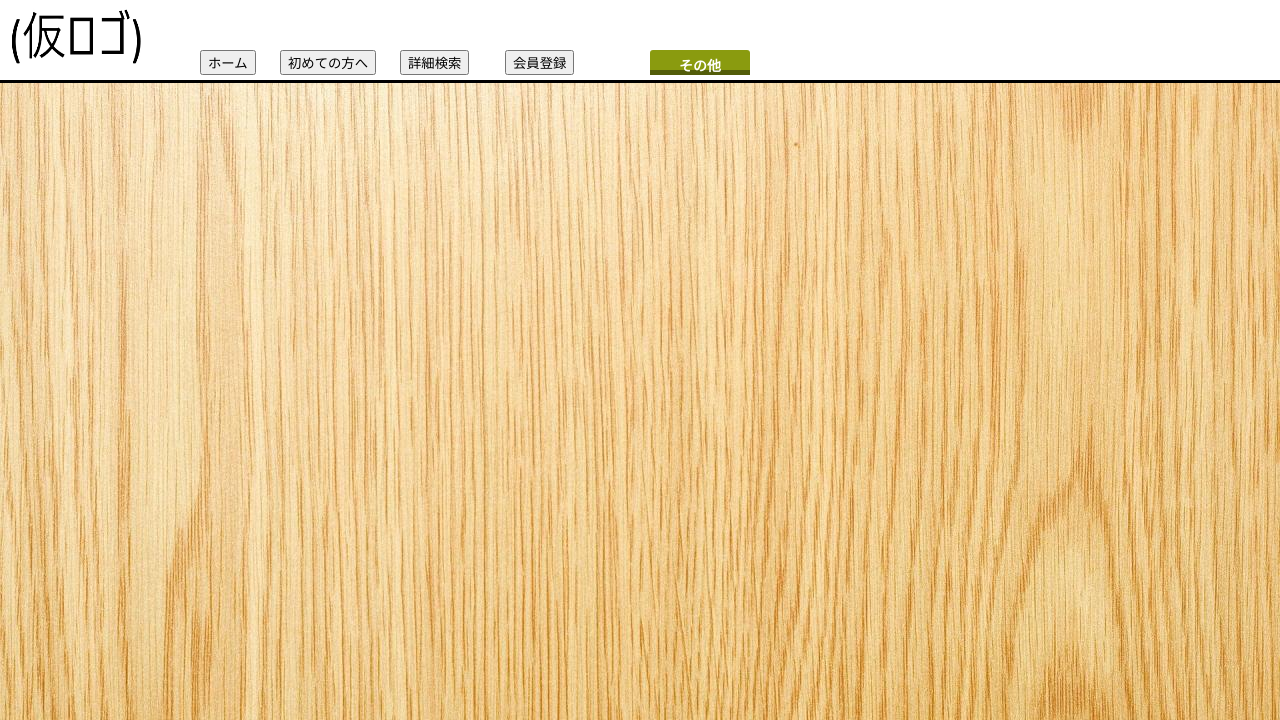
Repository: k0816/backup-master
Page: http://localhost/cycle/includeHeader.jsp
The author's editor kept a copy of each file at every save. The page is drawn from the files as they stood at one save, then again after the next save.
The browser window is 1280 px wide. The pictures show the whole page.
The page is served by Tomcat 9. Other server files are loaded and not shown.

Above is the page before, as saved 2018-01-18 05:41:15.

### cycle/WebContent/includeHeader.jsp
<%@ page language="java" contentType="text/html; charset=UTF-8"
	pageEncoding="UTF-8"%>
<%@ taglib prefix="s" uri="/struts-tags"%>
<!DOCTYPE html PUBLIC "-//W3C//DTD HTML 4.01 Transitional//EN" "http://www.w3.org/TR/html4/loose.dtd">
<html>
<head>
<meta http-equiv="Content-Type" content="text/html; charset=utf-8" />
<meta http-equiv="Content-Style-Type" content="text/css" />
<meta http-equiv="Content-Script-Type" content="text/javascript" />
<meta http-equiv="imagetoolbar" content="no" />
<meta name="description" content="" />
<meta name="keywords" content="" />
<title>ヘッダー記述</title>
<style type="text/css">
#header {
	width: 100%;
	height: 80px;
	background-color: white;
	border-bottom: 3px solid black;
	position: fixed;
}

#welcome {
	position: absolute;
	left: 200px;
	top: 20px;
}

.botan {
	position: absolute;
	top: 50px;
}

#home {
	position: absolute;
	left: 200px;
}

#new {
	position: absolute;
	left: 280px;
}

#search {
	position: absolute;
	left: 400px;
}

#createORmypage {
	position: absolute;
	left: 505px;
}

#other {
	position: absolute;
	left: 650px;
}

body {
	background: url("./image/wood.jpg");
	margin: 0;
	padding: 0;
}
/* ドロップダウンメニューについて */
#dropmenu {
	list-style-type: none;
	width: 100px;
	height: 20px;
	margin: 0px auto 0px;
	padding: 0;
	background: #8a9b0f;
	border-bottom: 5px solid #535d09;
	border-radius: 3px 3px 0 0;;
}

#dropmenu li {
	position: relative;
	width: 100%;
	float: left;
	margin: 0;
	padding: 0;
	text-align: center;
}

#dropmenu li a {
	display: block;
	margin: 0;
	padding: 10px;
	color: #fff;
	font-size: 14px;
	font-weight: bold;
	line-height: 1;
	text-decoration: none;
}

#dropmenu li:hover>a {
	background: #6e7c0c;
	color: #eff7b1;
}

#dropmenu>li:hover>a {
	border-radius: 3px 3px 0 0;
}

#dropmenu li ul {
	list-style: none;
	position: absolute;
	top: 100%;
	left: 0;
	margin: 0;
	padding: 0;
	border-radius: 0 0 3px 3px;
}

#dropmenu li ul li {
	overflow: hidden;
	width: 100%;
	height: 0;
	color: #fff;
	-moz-transition: .2s;
	-webkit-transition: .2s;
	-o-transition: .2s;
	-ms-transition: .2s;
	transition: .2s;
}

#dropmenu li ul li a {
	padding: 13px 13px;
	background: #6e7c0c;
	text-align: center;
	font-size: 12px;
	font-weight: normal;
}

#dropmenu li:hover ul li {
	overflow: visible;
	height: 38px;
	border-top: 1px solid #7c8c0e;
	border-bottom: 1px solid #616d0b;
}

#dropmenu li:hover ul li:first-child {
	border-top: 0;
}

#dropmenu li:hover ul li:last-child {
	border-bottom: 0;
}

#dropmenu li:hover ul li:last-child a {
	border-radius: 0 0 3px 3px;
}
</style>
</head>
<body>
	<div id="header">
		<img src="image\logotest.jpg" width="150" height="80">
		<div id="welcome">
			<s:if test="#session.loginUser != null">
ようこそ！<s:property value="#session.loginUser.getUserName()" escape="false" />様！
</s:if>
			<s:if test="#session.loginUser != null">
			</s:if>
		</div>
	<div class="botan">
			<div id="home">
				<form action="GoHomeAction">
					<input type="submit" value="ホーム" />
				</form>
			</div>
			<div id="new">
				<form action="ToNewUserAction">
					<input type="submit" value="初めての方へ" />
				</form>
			</div>
			<div id="search">
				<form action="PartySearchAction">
					<input type="submit" value="詳細検索" />
				</form>
			</div>
			<div id=createORmypage>
			<s:if test="#session.loginUser !=null">
				<ul id="dropmenu">
					<li><a href="#">その他</a>
						<ul>
							<li><a href="ToNewUserAction">お知らせ</a></li>
							<li><a href="#">会社概要</a></li>
							<li><a href="#">お問い合わせ</a></li>
							<li><s:if test="#session.loginUser != null">
									<a href="LogoutAction">ログアウト</a>
								</s:if></li>
						</ul></li>
				</ul>
			</s:if>
			<s:else>
				<form action="UserCreateAction">
					<input type="submit" value="会員登録" />
				</form>
			</s:else>
			</div>

		<!-- ドロップダウンメニュー -->
		<div id="other">
		<ul id="dropmenu">
			<li><a href="#">その他</a>
				<ul>
					<li><a href="ToNewUserAction">お知らせ</a></li>
					<li><a href="#">会社概要</a></li>
					<li><a href="#">お問い合わせ</a></li>
					<li><s:if test="#session.loginUser != null">
							<a href="LogoutAction">ログアウト</a>
						</s:if></li>
				</ul>
			</li>
		</ul>
		</div>
	</div>
	</div>
	<br>
	<br>
	<br>
	<br>
</body>
</html>

After the next save:
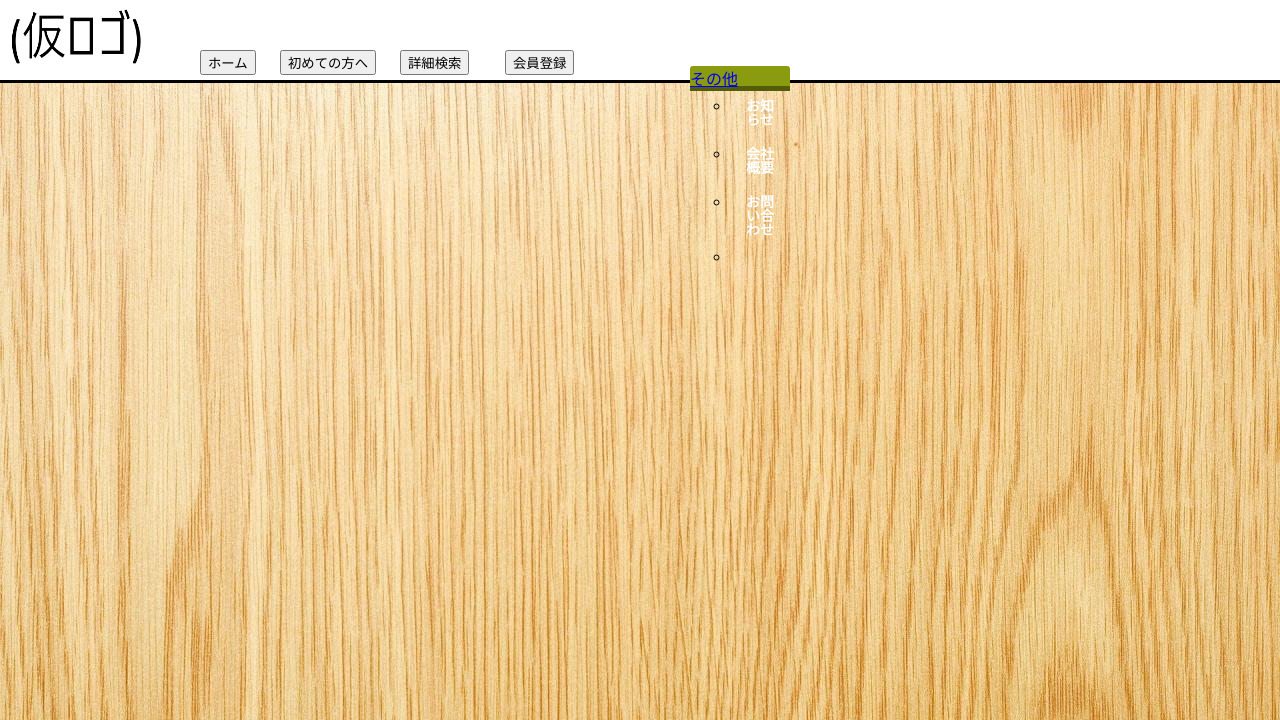
Saved 85 s later.
--- a/cycle/WebContent/includeHeader.jsp
+++ b/cycle/WebContent/includeHeader.jsp
@@ -200,9 +200,8 @@
 			</div>
 
 		<!-- ドロップダウンメニュー -->
-		<div id="other">
-		<ul id="dropmenu">
-			<li><a href="#">その他</a>
+		<ul id="other">
+			<li id="dropmenu"><a href="#">その他</a>
 				<ul>
 					<li><a href="ToNewUserAction">お知らせ</a></li>
 					<li><a href="#">会社概要</a></li>
@@ -213,7 +212,6 @@
 				</ul>
 			</li>
 		</ul>
-		</div>
 	</div>
 	</div>
 	<br>

After the save that followed:
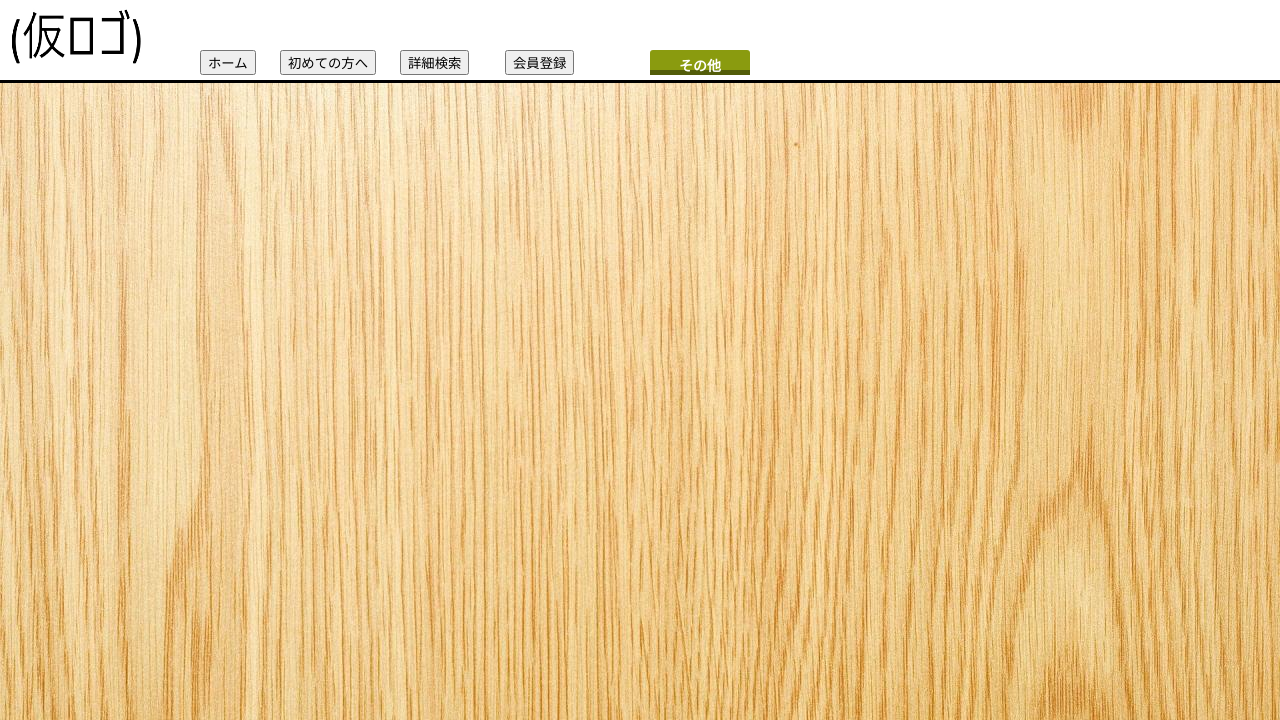
Saved 17 s later.
--- a/cycle/WebContent/includeHeader.jsp
+++ b/cycle/WebContent/includeHeader.jsp
@@ -200,8 +200,9 @@
 			</div>
 
 		<!-- ドロップダウンメニュー -->
-		<ul id="other">
-			<li id="dropmenu"><a href="#">その他</a>
+		<div id="other">
+		<ul id="dropmenu">
+			<li><a href="#">その他</a>
 				<ul>
 					<li><a href="ToNewUserAction">お知らせ</a></li>
 					<li><a href="#">会社概要</a></li>
@@ -212,6 +213,7 @@
 				</ul>
 			</li>
 		</ul>
+		</div>
 	</div>
 	</div>
 	<br>
